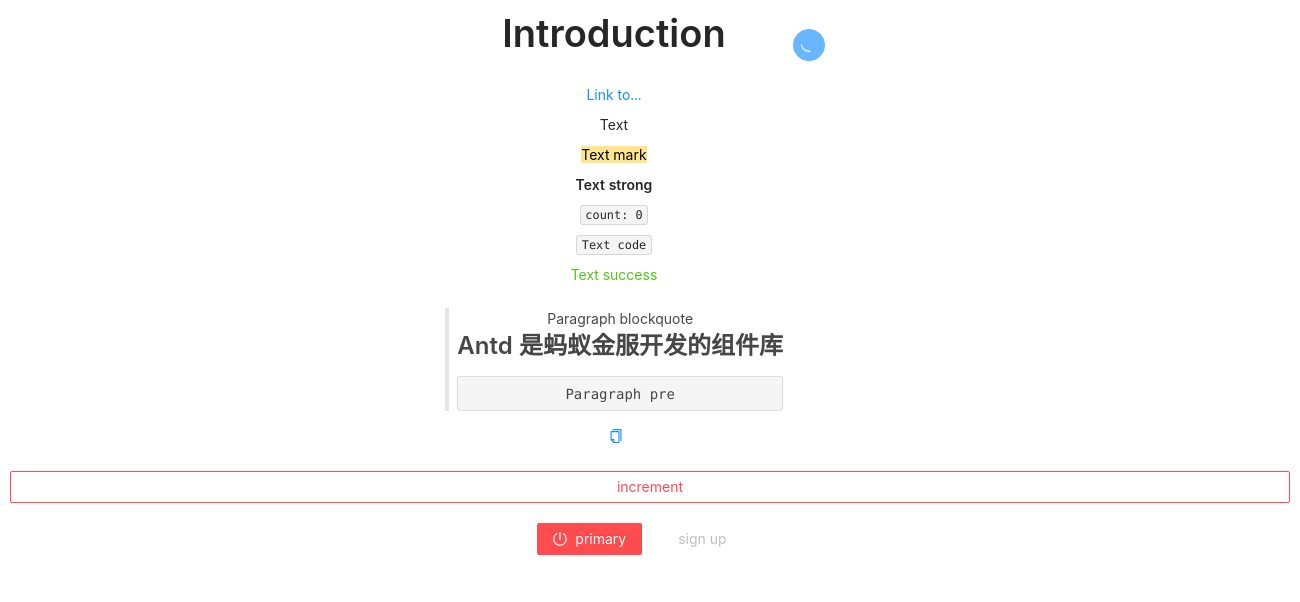
Repository: ErosHai/antd-demo
Page: /
An editor plug-in stored every save of this project. The page is shown before and after a run of saves, followed by the edit.
The browser window is 1280 px wide. The page is 1300 px wide, so the pictures cover 1300 px, including what lies to the right of the window. The pictures show the whole page.
The project was rebuilt for these pictures with package versions that can differ from the ones it lists, and the page was loaded fresh each time.

Above is the page before, as saved 2022-04-12 15:46:14.

After the next 5 saves:
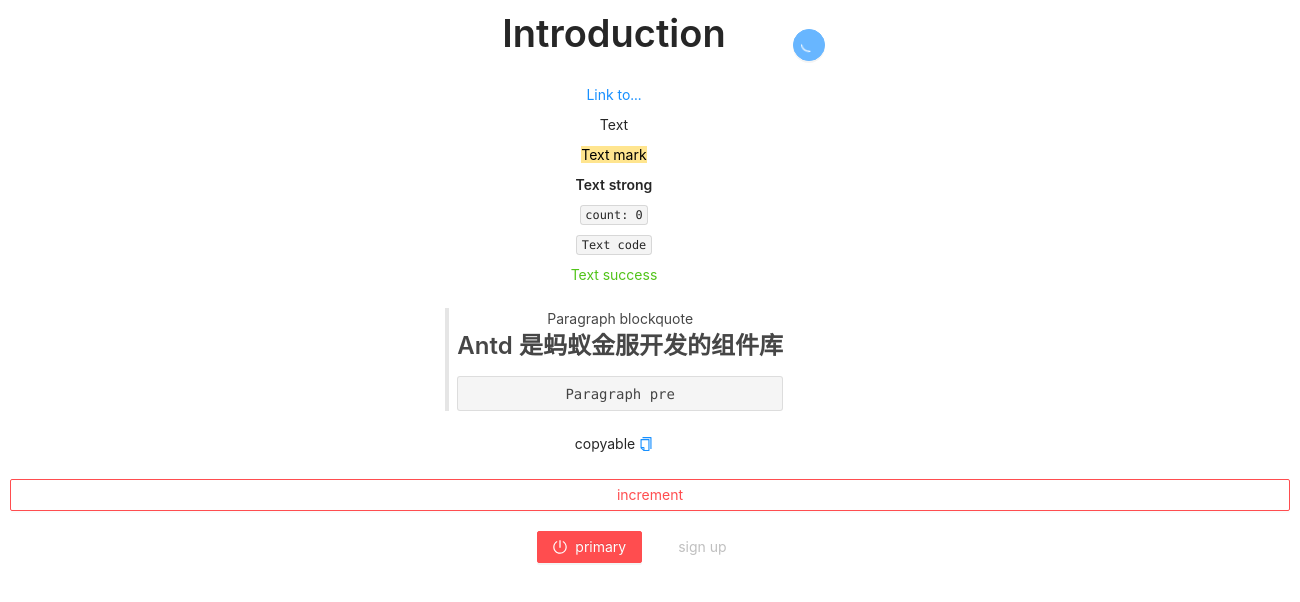
The 5 saves are shown as one change because 4 did not build or start.
The last was saved 90 s later.
--- a/src/App.js
+++ b/src/App.js
@@ -22,13 +22,14 @@ function App() {
 				<Text code> {`count: ${count}`} </Text>
 				<Text code>Text code</Text>
 				<Text type="success">Text success</Text>
-				<Paragraph copyable>
+				<Paragraph>
 					<blockquote>
 						Paragraph blockquote
 						<Title level={3}> {blockContent} </Title>
 						<pre>Paragraph pre</pre>
 					</blockquote>
 				</Paragraph>
+				<Paragraph copyable>copyable</Paragraph>
 			</Space>
 
 			<Tooltip title="search">
